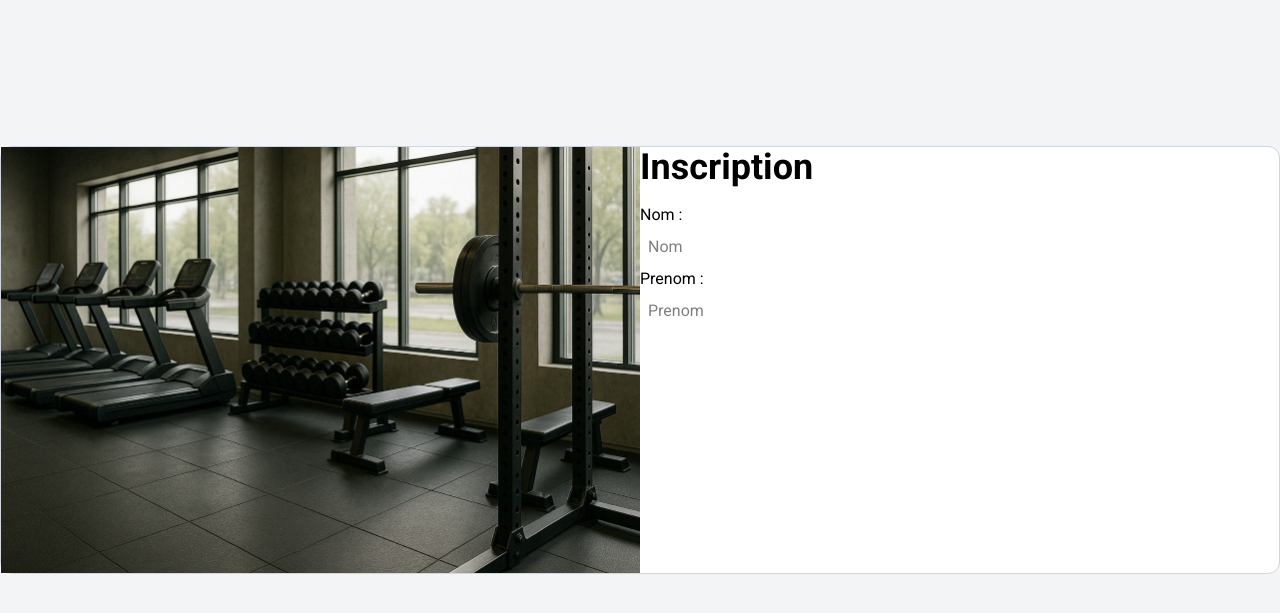
Repository: fahchouchsm/clubSportifWeb
Page: src/pages/inscription.html
The author's editor kept a copy of each file at every save. The page is drawn from the files as they stood at one save, then again after the next save.
The browser window is 1280 px wide. The pictures show the whole page.

Above is the page before, as saved 2025-04-16 19:27:57.

### src/pages/inscription.html
<!doctype html>
<html lang="en">
  <head>
    <meta charset="UTF-8" />
    <meta name="viewport" content="width=device-width, initial-scale=1.0" />
    <link href="../css/output.css" rel="stylesheet" />
    <link rel="stylesheet" href="../css/main.css" />
    <link rel="stylesheet" href="../css/style.css" />
    <title>Document</title>
  </head>
  <body>
    <div
      class="flex h-screen w-screen items-center justify-center bg-gray-100 px-10"
    >
      <main
        class="mx-auto flex rounded-xl border border-gray-300 bg-white shadow-lg shadow-gray-400"
      >
        <img
          src="../../public/imgs/salleInterieur.jpeg"
          class="h-full w-1/2 rounded-s-lg object-cover"
          alt=""
        />
        <form
          action="../php/inscription.php"
          method="post"
          class="flex w-1/2 flex-col gap-4 p-6"
        >
          <h1 class="text-4xl font-bold">Inscription</h1>
          <!-- inputs -->
          <div class="grid w-full grid-cols-2 gap-4">
            <!-- Nom -->
            <div class="">
              <label for="nom"> Nom : </label>
              <input
                class="input-style"
                type="text"
                name="nom"
                id="nom"
                placeholder="Nom"
                pattern="[a-zA-Z ]{3,30}"
                required
              />
            </div>
            <!-- Prenom -->
            <div class="">
              <label for="prenom">Prenom :</label
              ><input
                type="text"
                class="input-style"
                name="prenom"
                placeholder="Prenom"
                pattern="[a-zA-Z ]{3,30}"
                id="prenom"
                required
              />
            </div>
          </div>

          <button type="submit" class="ml-auto bg-gray-500 text-white">
            S'inscrire
          </button>
        </form>
      </main>
    </div>
    <script src="../js/style.js"></script>
  </body>
</html>

### src/css/main.css
@import url("https://fonts.googleapis.com/css2?family=Roboto:wght@400;700&display=swap");

body {
  font-family: "Roboto", sans-serif;
}

### src/css/style.css
/* styles.css */
.input-style {
  @apply block w-full rounded-lg border-2 border-gray-300 p-2 focus:border-blue-500 focus:outline-none;
}

Loaded but not shown: src/js/style.js (39 lines, source omitted); src/css/output.css (1058 lines, source omitted)

After the next save:
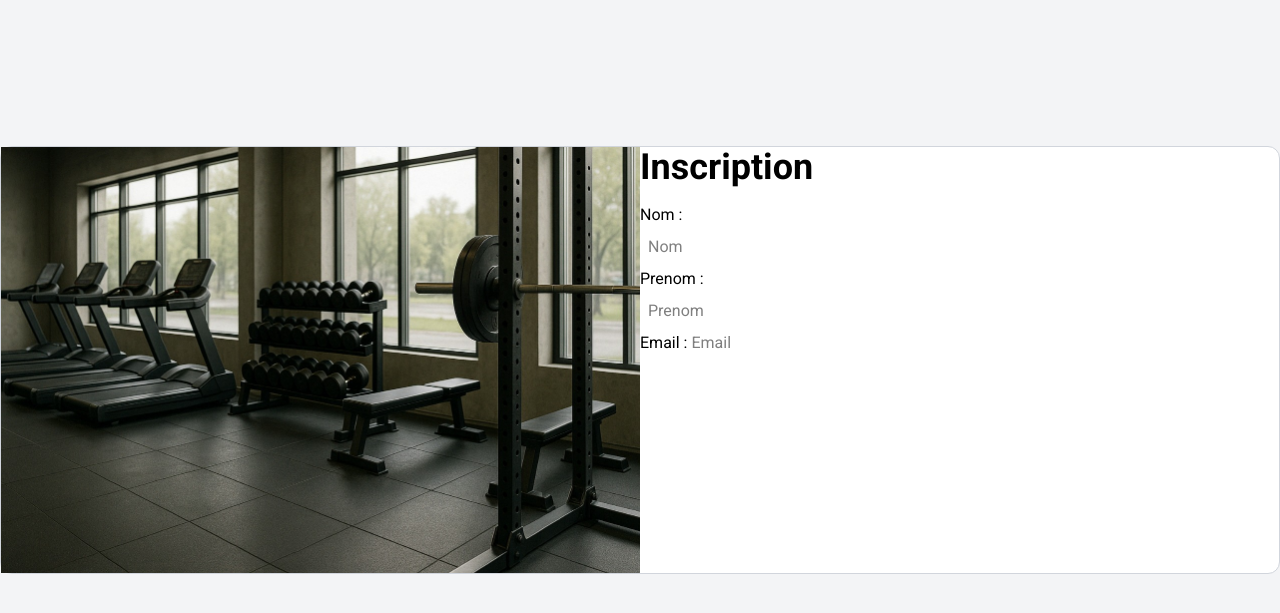
Saved 5 min 11 s later.
--- a/src/pages/inscription.html
+++ b/src/pages/inscription.html
@@ -54,6 +54,17 @@
                 required
               />
             </div>
+            <!-- Email -->
+            <div class="">
+              <label for="email">Email :</label>
+              <input
+                type="email"
+                class="input-style"
+                name="email"
+                id="email"
+                placeholder="Email"
+                required
+              />
           </div>
 
           <button type="submit" class="ml-auto bg-gray-500 text-white">
